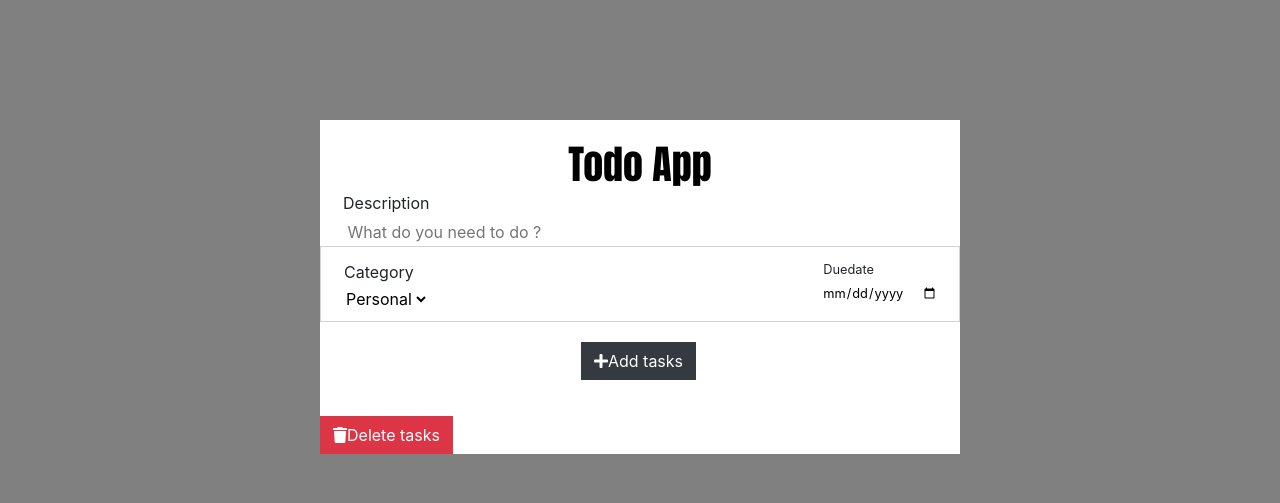
Repository: Sayan-100/Todo-List
Page: http://localhost/
An editor plug-in stored every save of this project. The page is shown before and after the next save, followed by the edit.
The browser window is 1280 px wide. The pictures show the whole page.
Some web libraries are served in a nearby version. The page is served by the project's Node server (index.js). Other server files are loaded and not shown. Queries for data that is not in the repository find no rows.

Above is the page before, as saved 2021-12-29 19:03:40.
Not found: js/home.js

### views/home.ejs
<html>

<head>
    <title>
        <%= title %>
    </title>

    <link rel="stylesheet" href="https://stackpath.bootstrapcdn.com/bootstrap/4.5.2/css/bootstrap.min.css" integrity="sha384-JcKb8q3iqJ61gNV9KGb8thSsNjpSL0n8PARn9HuZOnIxN0hoP+VmmDGMN5t9UJ0Z" crossorigin="anonymous">
    <link rel="stylesheet" href="/css/style.css">
    <link rel="stylesheet" href="https://use.fontawesome.com/releases/v5.5.0/css/all.css" integrity="sha384-B4dIYHKNBt8Bc12p+WXckhzcICo0wtJAoU8YZTY5qE0Id1GSseTk6S+L3BlXeVIU" crossorigin="anonymous">

</head>

<body>

    <div class="container">
        <h1> Todo App </h1>
        <form id="create-todo" action="/create_todo" method="POST">
            <div class="description">
                <p>Description</p>
                <input type="text" name="Description" placeholder=" What do you need to do ?" required>
            </div>

            <div class="options">

                <div class="cat">
                    <p>Category</p>
                    <select name="Category" required>
                    <option>Personal</option>
                    <option>Work</option>
                    <option>Cleaning</option>
                    <option>School</option>
                    <option> others</option>
                    </select>
                </div>

                <div class="date">
                    <p>Duedate</p>
                    <input type="date" id="birthday " name="DueDate">
                </div>
            </div>

            <div class="buttons">
                <button type="submit" class="btn btn-dark btn-1" form="create-todo"><i class="fas fa-plus"></i>Add tasks</button>
            </div>

        </form>


        <div>
            <button type="submit" class="btn btn-danger btn-2" form="delete-form"><i class="fas fa-trash"></i>Delete tasks</button>
        </div>

        <!-- form attribute is used to link the button with the form  by specifying the id -->

        <form id="delete-form" action="/delete-todo" method="POST">
            <ul>
                <% for(let i of todo_list) {%>
                    <li class="single-todo">

                        <div class="check">
                            <input type="checkbox" name="<%=i._id%>" value="">
                            <!-- name attribute is used to take id of selected to do list from the from tag to the controller-->

                            <div class="desc_and_date">
                                <b>
                                    <span class = "date">
                                         <i class="fas fa-calendar-day"></i>
                                        <%= i.Description %>
                                    </span>
                                </b>

                                <span>

                                    <%= i.DueDate  %>
                                </span>

                            </div>
                        </div>

                        <div id="category">
                            <span>
                                <button><%= i.Category %></button>
                            </span>
                        </div>

                    </li>
                    <% } %>
            </ul>

        </form>
    </div>



    <script type="text/javascript" src="/js/home.js">
    </script>

</body>

</html>

### index.js
const express = require('express');
const path = require('path');
const port = 8000;

const db = require('./config/mongoose');
const to_do = require('./models/to-do');

const app = express();

app.set('view engine', 'ejs');
app.set('views', path.join(__dirname, 'views'));

app.use(express.urlencoded());
app.use(express.static('assests'));
app.get('/', function(req, res) {

    //res.send('<h1>cool it is running or is it ?</h1>')
    to_do.find({}, function(err, todos) {
        if (err) {
            console.log('Error in fetching todo from db');
            return;
        }

        return res.render('home', {
            title: "My todo List",
            todo_list: todos
        });
    });

});

app.post('/delete-todo', function(req, res) {
    let id = req.query.id;
    Object.keys(req.body).forEach(function(id) {
        to_do.findByIdAndDelete(id, function(err) {
            if (err) {
                console.log('Error in deleting a object form database');
                return;
            }
        });
        return res.redirect('back');
    })
});

//   to_do.findByIdAndDelete(id, function(err) {
//         if (err) {
//             console.log('Error in deleting a object form database');
//             return;
//         }

//         return res.redirect('back');
//})
app.post('/create_todo', function(req, res) {

    let date = "NO DEADLINE";
    console.log('**********', date);
    if (req.body.DueDate) {
        date = req.body.DueDate;
    }

    to_do.create({
        Description: req.body.Description,
        Category: req.body.Category,
        DueDate: date

    }, function(err, newTodo) {

        if (err) {
            console.log('Error in creating a todo');
            return;
        }

        console.log('**********', newTodo);
        return res.redirect('back');

    });
});


app.listen(port, function(err) {
    if (err) {
        console.log('Error in running server');
    }

    console.log('Yup! my server is running on port', port);
});

### assests/css/style.css
body {
    background-color: gray;
    margin: 0;
}

h1 {
    color: black;
    text-align: center;
    font-family: Impact, Haettenschweiler, 'Arial Narrow Bold', sans-serif;
    padding: 20px 20px 0px 20px;
    margin-bottom: 0px;
}

.container {
    width: 50%;
    margin: auto;
    background-color: white;
    padding: 0px;
    margin-top: 120px;
}

.form-fill {
    display: flex;
    flex-direction: column;
}

.options {
    display: flex;
    justify-content: space-between;
}

input {
    outline: none;
    border: 1px solid transparent;
}

#desc {
    width: 100%;
}

p {
    margin: 3px;
}

select {
    outline: none;
    border: 1px solid transparent;
    background-color: white;
    width: 100%;
}

option {
    padding: 5px;
    border: 1px solid transparent;
}

.description {
    border: 0px 1px 1px 1px solid lightgray;
    padding: 0px 20px;
}

.options {
    border: 1px solid lightgray;
    padding: 10px 20px;
}

.buttons {
    display: flex;
    justify-content: center;
    padding: 20px;
}

.btn-1 {
    margin-right: 3px;
    border-radius: 0px;
}

.btn-2 {
    border-radius: 0px;
}

.submitbtn {
    display: flex;
    justify-content: center;
    padding-bottom: 10px;
}

.single-todo {
    display: flex;
    justify-content: space-between;
    align-items: center;
}

.desc_and_date {
    display: flex;
    flex-direction: column;
    margin-left: 15px;
}

.date {
    font-size: 0.8rem;
}

ul {
    padding: 0;
}

li {
    padding: 10px;
    /* padding-left:30px; */
    border: 1px solid lightgray;
}

#category {
    margin-right: 3%;
    color: white;
    padding: 4px;
    width: 80px;
    height: 45px;
    text-align: center;
}

#category:nth-of-type(2n) {
    background-color: rgb(12, 12, 63);
}

#category span {
    position: relative;
    top: 5px;
}

.check {
    display: flex;
    align-items: center;
    justify-content: flex-start;
    width: 40%;
}

li:hover {
    background-color: lightgrey;
}

@media screen and (max-width:900px) {
    .container {
        width: 70%;
    }
}

After the next save:
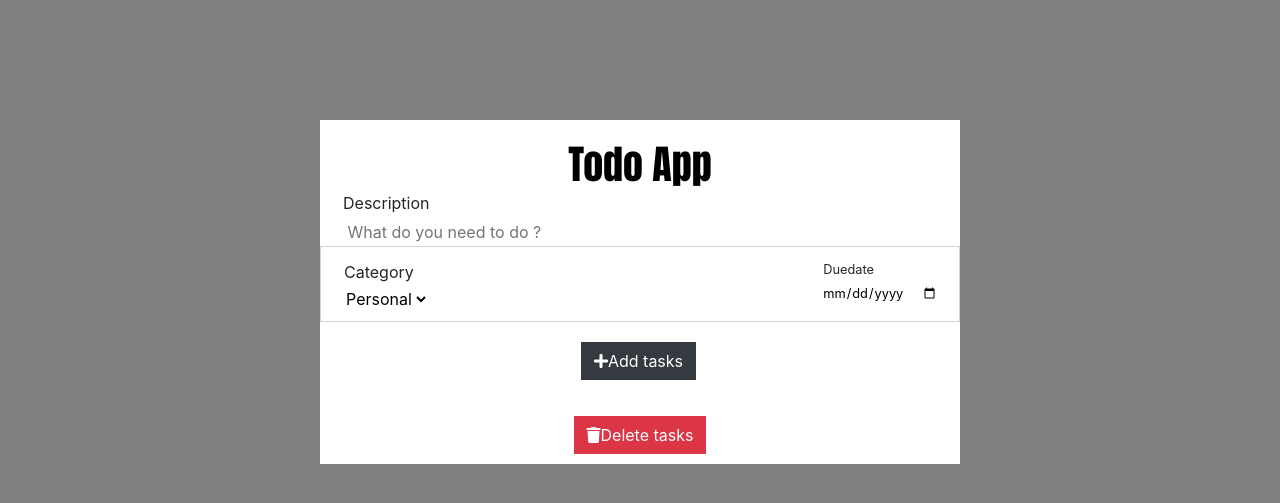
Saved 12 s later.
--- a/views/home.ejs
+++ b/views/home.ejs
@@ -47,7 +47,7 @@
         </form>
 
 
-        <div>
+        <div class="submitbtn">
             <button type="submit" class="btn btn-danger btn-2" form="delete-form"><i class="fas fa-trash"></i>Delete tasks</button>
         </div>
 
